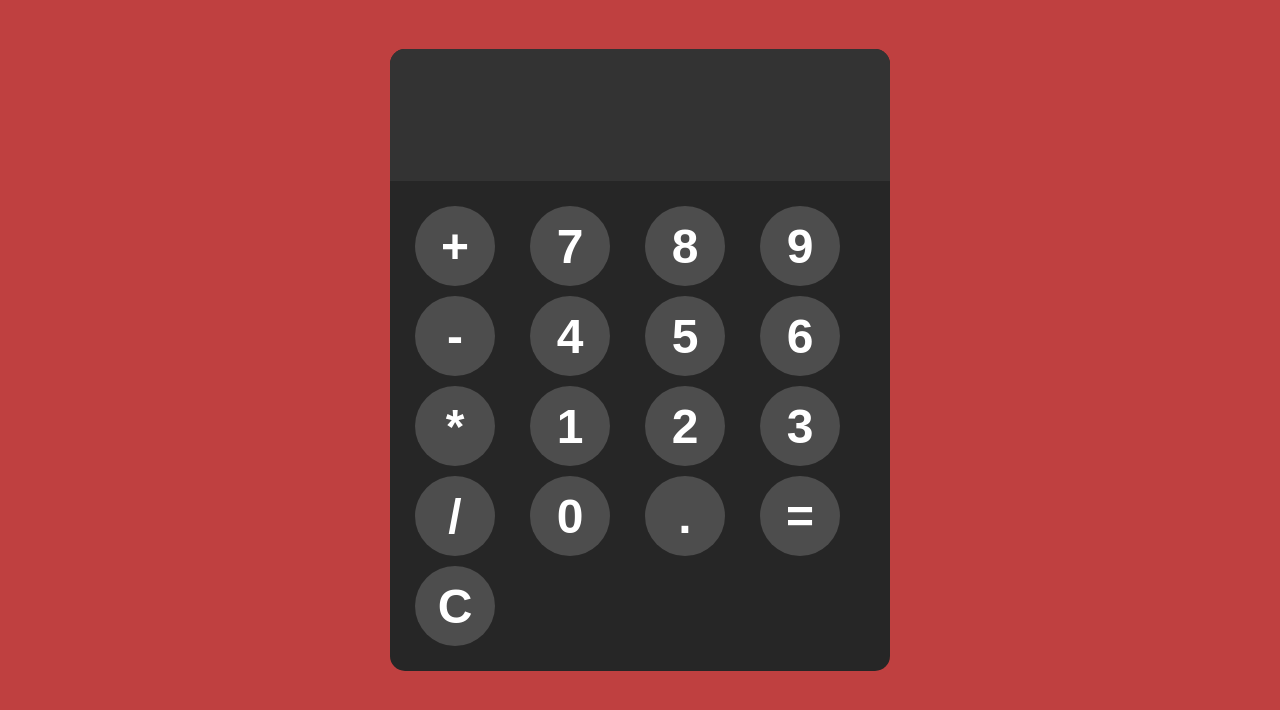
Repository: Haakim19/JavaScript
Page: Calculater/Main.html
An editor plug-in stored every save of this project. The page is shown before and after the next save, followed by the edit.
The browser window is 1280 px wide. The pictures show the whole page.

Above is the page before, as saved 2024-10-22 21:51:18.

After the next save:
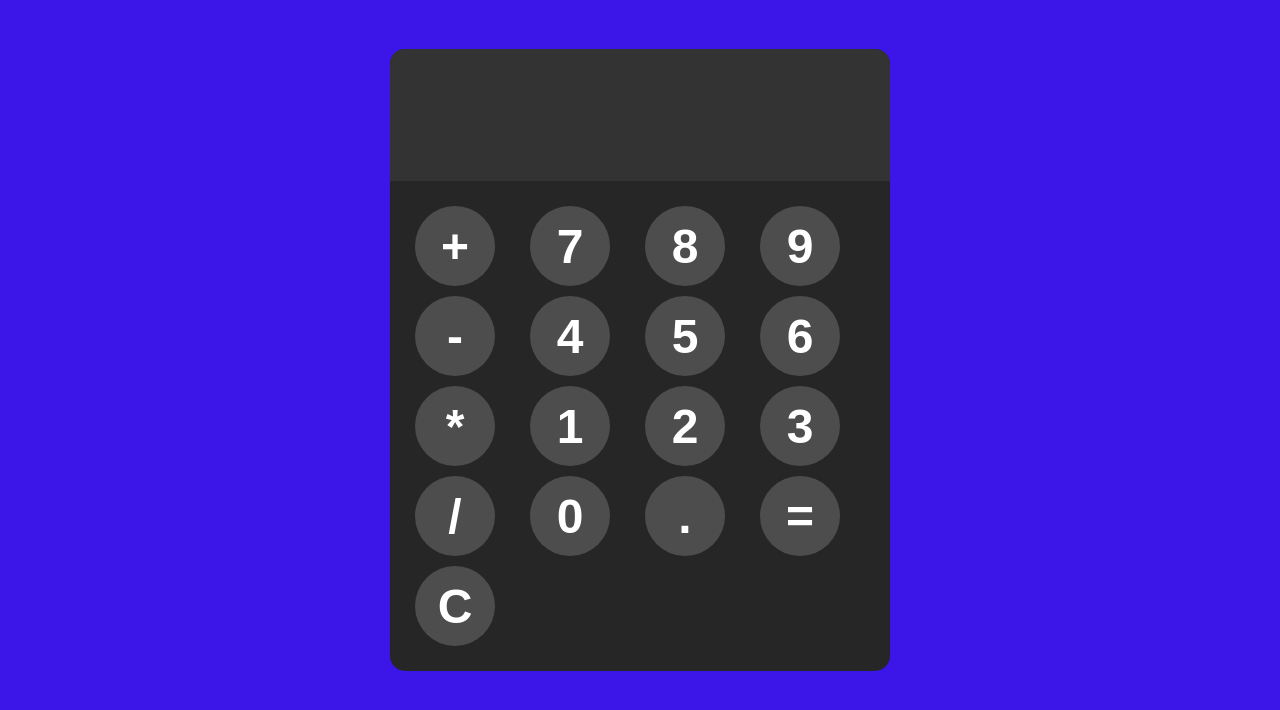
Saved 16 s later.
--- a/Calculater/Main.css
+++ b/Calculater/Main.css
@@ -4,7 +4,7 @@ body{
     justify-content: center;
     align-items: center;
     height: 100vh;
-    background-color: hsl(0, 50%, 50%);
+    background-color: hsl(251, 83%, 50%);
 }
 .calculator{
     font-family:sans-serif;
